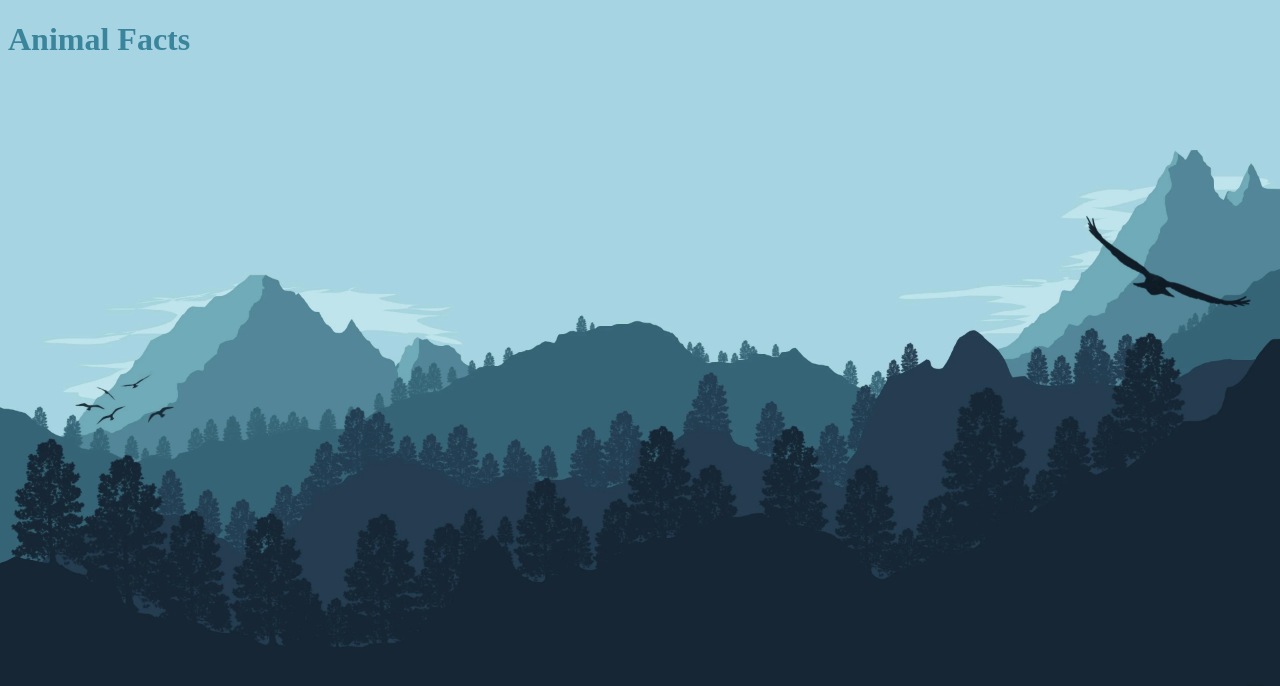
Repository: PixelPasta/Animal-Directory
Page: http://localhost/
These files come from the project's save history. The page is drawn as it stood at one moment and after the next save; the edit follows.
The browser window is 1280 px wide. The pictures show the whole page.
The page is served by the project's Node server (index.js).

Above is the page before, as saved 2022-04-16 20:42:22.

After the next save:
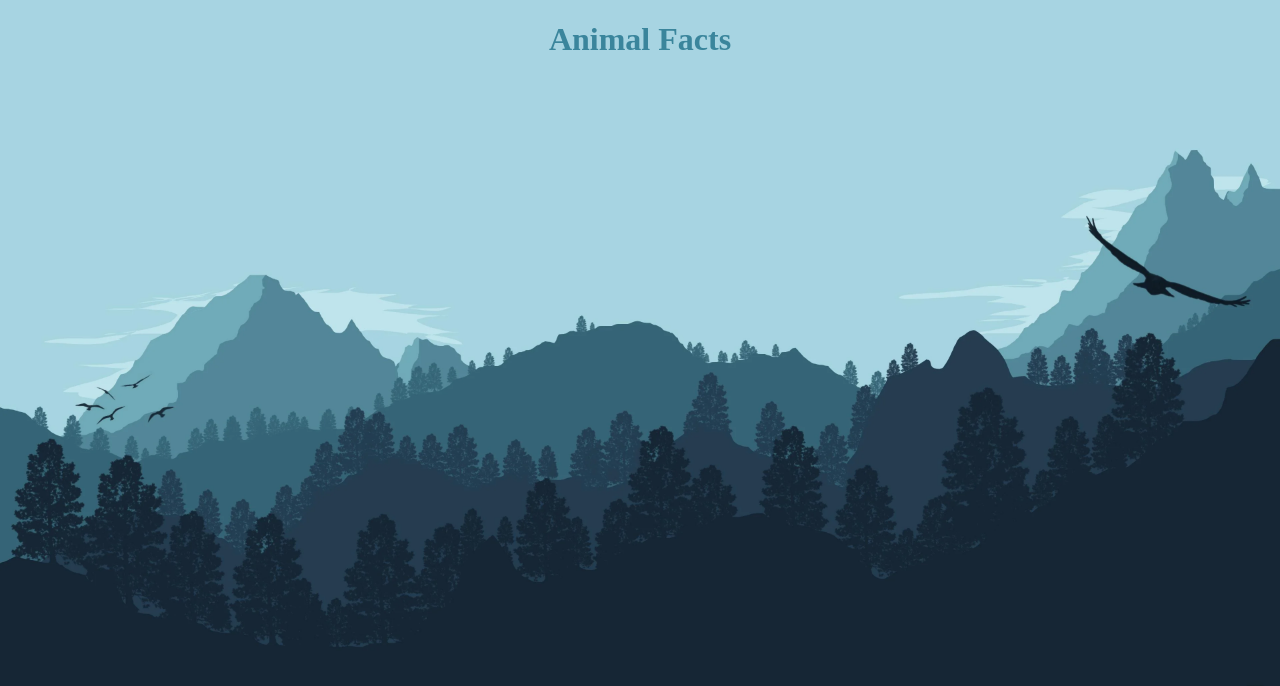
Saved 37 s later.
--- a/views/index.ejs
+++ b/views/index.ejs
@@ -13,6 +13,6 @@
     </style>
 </head>
 <body>
-    <h1 style="font-family: fantasy; color: rgb(58, 133, 156);text-align: left;">Animal Facts</h1>
+    <h1 style="font-family: fantasy; color: rgb(58, 133, 156);text-align: center;">Animal Facts</h1>
 </body>
 </html>
